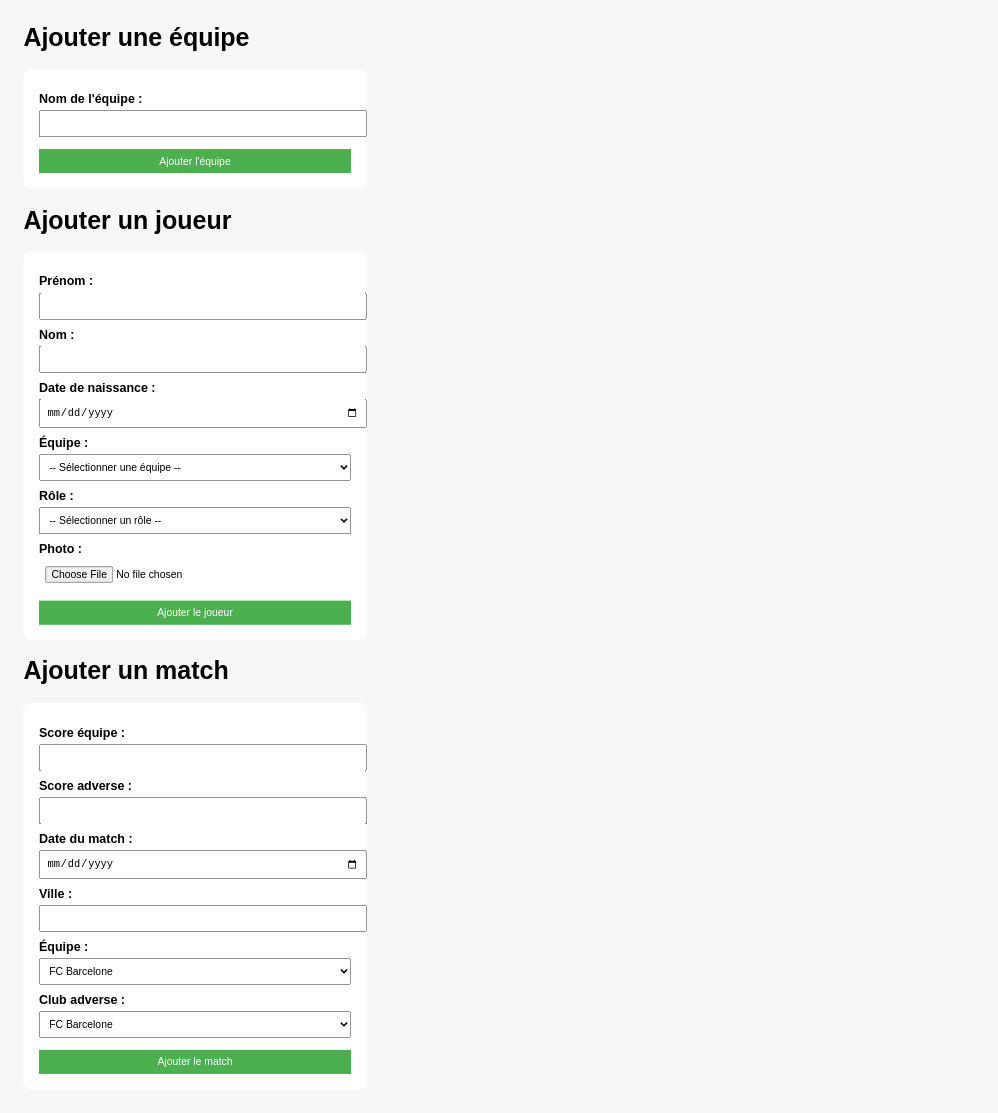
Repository: Valentin-Godard/Foot-2-Club
Page: http://localhost/public/index.php
An editor plug-in stored every save of this project. The page is shown before and after a run of saves, followed by the edit.
The browser window is 1280 px wide. The pictures show the whole page, at 78% of full size.
The page is run by PHP 8.4 with error messages shown; the project is at /var/www/html/. The database holds what the project's SQL file puts in it.

Above is the page before, as saved 2025-10-12 13:29:11.

### public/index.php
<?php
require_once __DIR__ . '/../src/autoload.php';
require_once __DIR__ . '/../includes/database.php';

use App\Model\Joueur;
use App\Model\MatchFoot;
use App\Model\Equipe;
use App\Enum\Role;
use App\Database\JoueurDatabase;
use App\Database\MatchDatabase;
use App\Database\EquipeDatabase;
use App\Database\JoueurEquipeDatabase;

// Instanciation des Database
$joueurDb = new JoueurDatabase($pdo);
$matchDb = new MatchDatabase($pdo);
$equipeDb = new EquipeDatabase($pdo);
$joueurEquipeDb = new JoueurEquipeDatabase($pdo);

// Récupération des équipes pour listes déroulantes
$equipes = $equipeDb->findAll();

$message = "";

// ---------------------- AJOUT D'ÉQUIPE ----------------------
if ($_SERVER["REQUEST_METHOD"] === "POST" && ($_POST['form_type'] ?? '') === 'equipe') {
    $nomEquipe = trim($_POST["nom_equipe"]);
    $villeEquipe = trim($_POST["ville_equipe"]);

    if ($nomEquipe !== "" && $villeEquipe !== "") {
        // On crée l'objet Equipe avec nom + ville
        $equipe = new Equipe(null, $nomEquipe, $villeEquipe);

        // Insertion dans la base
        $equipeDb->insert($equipe);

        $message = "✅ Équipe ajoutée avec succès !";

        // Rafraîchir la liste après insertion
        $equipes = $equipeDb->findAll();
    } else {
        $message = "❌ Veuillez remplir le nom et la ville de l'équipe.";
    }
}


// ---------------------- AJOUT DE JOUEUR ----------------------
if ($_SERVER["REQUEST_METHOD"] === "POST" && ($_POST['form_type'] ?? '') === 'joueur') {
    $prenom = trim($_POST["prenom"]);
    $nom = trim($_POST["nom"]);
    $dateNaissance = new DateTime($_POST["date_naissance"]);
    $equipeId = (int)$_POST["equipe_id"];
    $roleValue = $_POST["role"];

    // Gestion de la photo
    $photoName = "";
    if (!empty($_FILES["photo"]["name"])) {
        $uploadDir = __DIR__ . "/uploads/";
        if (!is_dir($uploadDir)) mkdir($uploadDir, 0777, true);
        $photoName = basename($_FILES["photo"]["name"]);
        move_uploaded_file($_FILES["photo"]["tmp_name"], $uploadDir . $photoName);
    }

    // 1️⃣ Ajouter le joueur
    $joueur = new Joueur(null, $prenom, $nom, $dateNaissance, null, $photoName);
    $joueurDb->insert($joueur);
    $joueurId = $pdo->lastInsertId();

    // 2️⃣ Ajouter la relation joueur ↔ équipe avec rôle
    $joueurEquipeDb->insert($joueurId, $equipeId, $roleValue);

    $message = "✅ Joueur ajouté avec succès dans l'équipe !";
}

// ---------------------- AJOUT DE MATCH ----------------------
if ($_SERVER["REQUEST_METHOD"] === "POST" && ($_POST['form_type'] ?? '') === 'match') {
    $scoreEquipe = trim($_POST["score_equipe"]);
    $scoreEquipeAdv = trim($_POST["score_adverse"]);
    $dateMatch = new DateTime($_POST["date_match"]);
    $ville = trim($_POST["ville"]);
    $equipeId = (int)$_POST["equipe_id"];
    $clubAdvId = (int)$_POST["club_adverse_id"];

    $match = new \App\Model\MatchFoot(
        null,
        $scoreEquipe,
        $scoreEquipeAdv,
        $dateMatch,
        $equipeId,
        $ville,
        $clubAdvId
    );

    $matchDb->insert($match);
    $message = "✅ Match ajouté avec succès !";
}

?>

<!DOCTYPE html>
<html lang="fr">
<head>
    <meta charset="UTF-8">
    <title>Gestion FootDeClub</title>
    <style>
        body { font-family: Arial; margin: 30px; background-color: #f7f7f7; }
        form { background: white; padding: 20px; border-radius: 10px; width: 400px; margin-bottom: 20px; }
        label { font-weight: bold; display: block; margin-top: 10px; }
        input, select, button { width: 100%; padding: 8px; margin-top: 5px; }
        button { background-color: #4CAF50; color: white; border: none; cursor: pointer; margin-top: 15px; }
        button:hover { background-color: #45a049; }
        .message { margin-top: 15px; font-weight: bold; }
    </style>
</head>
<body>

<h1>Ajouter une équipe</h1>
<form method="POST">
    <input type="hidden" name="form_type" value="equipe">
    <label>Nom de l'équipe :</label>
    <input type="text" name="nom_equipe" required>
    <button type="submit">Ajouter l'équipe</button>
</form>

<h1>Ajouter un joueur</h1>
<form method="POST" enctype="multipart/form-data">
    <input type="hidden" name="form_type" value="joueur">
    <label>Prénom :</label>
    <input type="text" name="prenom" required>
    <label>Nom :</label>
    <input type="text" name="nom" required>
    <label>Date de naissance :</label>
    <input type="date" name="date_naissance" required>

    <label>Équipe :</label>
    <select name="equipe_id" required>
        <option value="">-- Sélectionner une équipe --</option>
        <?php foreach ($equipes as $equipe): ?>
            <option value="<?= $equipe->getId() ?>"><?= htmlspecialchars($equipe->getNom()) ?></option>
        <?php endforeach; ?>
    </select>

    <label>Rôle :</label>
    <select name="role" required>
        <option value="">-- Sélectionner un rôle --</option>
        <?php foreach (Role::cases() as $case): ?>
            <option value="<?= $case->value ?>"><?= $case->value ?></option>
        <?php endforeach; ?>
    </select>

    <label>Photo :</label>
    <input type="file" name="photo" accept="image/*" required>
    <button type="submit">Ajouter le joueur</button>
</form>

<h1>Ajouter un match</h1>
<form method="POST">
    <input type="hidden" name="form_type" value="match">
    <label>Score équipe :</label>
    <input type="text" name="score_equipe" required>
    <label>Score adverse :</label>
    <input type="text" name="score_adverse" required>
    <label>Date du match :</label>
    <input type="date" name="date_match" required>
    <label>Ville :</label>
    <input type="text" name="ville" required>

    <label>Équipe :</label>
    <select name="equipe_id" required>
        <?php foreach ($equipes as $equipe): ?>
            <option value="<?= $equipe->getId() ?>"><?= htmlspecialchars($equipe->getNom()) ?></option>
        <?php endforeach; ?>
    </select>

    <label>Club adverse :</label>
    <select name="club_adverse_id" required>
        <?php foreach ($equipes as $equipe): ?>
            <option value="<?= $equipe->getId() ?>"><?= htmlspecialchars($equipe->getNom()) ?></option>
        <?php endforeach; ?>
    </select>

    <button type="submit">Ajouter le match</button>
</form>

<?php if (!empty($message)): ?>
    <p class="message"><?= htmlspecialchars($message) ?></p>
<?php endif; ?>

</body>
</html>

### src/autoload.php
<?php
spl_autoload_register(function($class) {
    $prefix = 'App\\';
    $base_dir = __DIR__ . '/';
    $len = strlen($prefix);

    if (strncmp($prefix, $class, $len) !== 0) {
        return;
    }

    $relative_class = substr($class, $len);
    $file = $base_dir . str_replace('\\', '/', $relative_class) . '.php';

    if (file_exists($file)) {
        require $file;
    }
});

### includes/database.php
<?php
$host = '127.0.0.1';
$db   = 'footclub';
$user = 'root';
$pass = '';
$charset = 'utf8mb4';

$dsn = "mysql:host=$host;dbname=$db;charset=$charset";
$options = [
    PDO::ATTR_ERRMODE => PDO::ERRMODE_EXCEPTION,
    PDO::ATTR_DEFAULT_FETCH_MODE => PDO::FETCH_ASSOC,
];

try {
    $pdo = new PDO($dsn, $user, $pass, $options);
} catch (\PDOException $e) {
    die("Erreur de connexion à la base : " . $e->getMessage());
}

### src/Database/JoueurDatabase.php
<?php
namespace App\Database;

use App\Model\Joueur;
use PDO;
use DateTime;

class JoueurDatabase {
    private PDO $pdo;

    public function __construct(PDO $pdo) {
        $this->pdo = $pdo;
    }

    /**
     * Ajoute un joueur dans la base
     */
    public function insert(Joueur $joueur): void {
        $stmt = $this->pdo->prepare("
            INSERT INTO joueur (nom, prenom, date_de_naissance, photo)
            VALUES (:nom, :prenom, :date_de_naissance, :photo)
        ");

        $stmt->execute([
            ':nom' => $joueur->getNom(),
            ':prenom' => $joueur->getPrenom(),
            ':date_de_naissance' => $joueur->getBirthdate()->format("Y-m-d"),
            ':photo' => $joueur->getImage(),
        ]);
    }

    /**
     * Met à jour un joueur existant
     */
    public function update(Joueur $joueur): void {
        $stmt = $this->pdo->prepare("
            UPDATE joueurs
            SET nom = :nom, prenom = :prenom, date_de_naissance = :date_de_naissance, photo = :photo
            WHERE id = :id
        ");

        $stmt->execute([
            ':id' => $joueur->getId(),
            ':nom' => $joueur->getNom(),
            ':prenom' => $joueur->getPrenom(),
            ':date_de_naissance' => $joueur->getBirthdate()->format("Y-m-d"),
            ':photo' => $joueur->getImage(),
        ]);
    }

    /**
     * Récupère un joueur par son ID
     */
    public function findById(int $id): ?Joueur {
        $stmt = $this->pdo->prepare("SELECT * FROM joueurs WHERE id = ?");
        $stmt->execute([$id]);
        $data = $stmt->fetch(PDO::FETCH_ASSOC);

        if ($data) {
            return new Joueur(
                $data['id'],
                $data['prenom'],
                $data['nom'],
                new DateTime($data['date_de_naissance']),
                $data['photo']
            );
        }

        return null;
    }

    /**
     * Retourne la liste de tous les joueurs
     */
    public function findAll(): array {
        $stmt = $this->pdo->query("SELECT * FROM joueurs");
        $results = [];

        while ($data = $stmt->fetch(PDO::FETCH_ASSOC)) {
            $results[] = new Joueur(
                $data['id'],
                $data['prenom'],
                $data['nom'],
                new DateTime($data['date_de_naissance']),
                $data['photo']
            );
        }

        return $results;
    }

    /**
     * Supprime un joueur
     */
    public function delete(int $id): void {
        $stmt = $this->pdo->prepare("DELETE FROM joueurs WHERE id = ?");
        $stmt->execute([$id]);
    }
}

### src/Database/MatchDatabase.php
<?php
namespace App\Database;

use App\Model\MatchFoot;
use PDO;
use DateTime;

class MatchDatabase {
    private PDO $pdo;

    public function __construct(PDO $pdo) {
        $this->pdo = $pdo;
    }

    public function insert(MatchFoot $match): void {
        $stmt = $this->pdo->prepare("
            INSERT INTO matchs (score_equipe, score_equipe_adv, date, equipe_id, ville, club_adv_id)
            VALUES (?, ?, ?, ?, ?, ?)
        ");
        $stmt->execute([
            $match->getScoreEquipe(),
            $match->getScoreEquipeAdv(),
            $match->getDate()->format("Y-m-d"),
            $match->getEquipeId(),
            $match->getVille(),
            $match->getClubAdvId()
        ]);
    }

    public function findAll(): array {
    $stmt = $this->pdo->query("SELECT * FROM matchs");
    $matchs = [];

    while ($data = $stmt->fetch(PDO::FETCH_ASSOC)) {
        $matchs[] = new MatchFoot(
            $data['id'],
            $data['score_equipe'],
            $data['score_equipe_adv'],
            new DateTime($data['date']),
            $data['equipe_id'],
            $data['ville'],
            $data['club_adv_id']
        );
    }

    return $matchs;
}

}

### src/Database/EquipeDatabase.php
<?php
namespace App\Database;

use App\Model\Equipe;
use PDO;
use Exception;

class EquipeDatabase {
    private PDO $pdo;

    public function __construct(PDO $pdo) {
        $this->pdo = $pdo;
    }

    /**
     * Insère une équipe dans la table 'equipe'
     * et crée automatiquement un enregistrement correspondant dans 'club_adverse'
     * (avec nom + ville)
     */
    public function insert(Equipe $equipe): void {
        try {
            // Démarrer une transaction pour garder la cohérence des deux insertions
            $this->pdo->beginTransaction();

            // 1️⃣ Insertion dans la table 'equipe' (juste le nom)
            $stmtEquipe = $this->pdo->prepare("
                INSERT INTO equipe (nom)
                VALUES (:nom)
            ");
            $stmtEquipe->execute([
                ':nom' => $equipe->getNom(),
            ]);

            $equipe->setId((int)$this->pdo->lastInsertId());

            // 2️⃣ Insertion dans la table 'club_adverse' (nom + ville)
            $stmtClub = $this->pdo->prepare("
                INSERT INTO club_adverse (nom, ville)
                VALUES (:nom, :ville)
            ");
            $stmtClub->execute([
                ':nom' => $equipe->getNom(),
                ':ville' => $equipe->getVille(),
            ]);

            $this->pdo->commit();
        } catch (Exception $e) {
            $this->pdo->rollBack();
            throw $e;
        }
    }

    public function findAll(): array {
        $stmt = $this->pdo->query("SELECT * FROM equipe");
        $equipes = [];

        while ($data = $stmt->fetch(PDO::FETCH_ASSOC)) {
            // Si la table 'equipe' n’a pas de colonne ville, on passe une valeur vide
            $equipes[] = new Equipe($data['id'], $data['nom'], '');
        }

        return $equipes;
    }

    public function findById(int $id): ?Equipe {
        $stmt = $this->pdo->prepare("SELECT * FROM equipe WHERE id = ?");
        $stmt->execute([$id]);
        $data = $stmt->fetch(PDO::FETCH_ASSOC);

        // Même chose ici : pas de colonne ville → on met une chaîne vide
        return $data ? new Equipe($data['id'], $data['nom'], '') : null;
    }

    public function delete(int $id): void {
        $stmt = $this->pdo->prepare("DELETE FROM equipe WHERE id = ?");
        $stmt->execute([$id]);
    }
}

### src/Database/JoueurEquipeDatabase.php
<?php
namespace App\Database;

use PDO;

class JoueurEquipeDatabase {
    private PDO $pdo;

    public function __construct(PDO $pdo) {
        $this->pdo = $pdo;
    }

    public function insert(int $joueurId, int $equipeId, string $role): void {
        $stmt = $this->pdo->prepare("
            INSERT INTO joueur_ayant_equipe (joueur_id, equipe_id, role)
            VALUES (?, ?, ?)
        ");
        $stmt->execute([$joueurId, $equipeId, $role]);
    }
}

### src/Model/Equipe.php
<?php
namespace App\Model;

class Equipe {
    private ?int $id;
    private string $nom;
    private string $ville;

    public function __construct(?int $id, string $nom, string $ville) {
        $this->id = $id;
        $this->nom = $nom;
        $this->ville = $ville;
    }

    public function getId(): ?int { return $this->id; }
    public function setId(int $id): void { $this->id = $id; }

    public function getNom(): string { return $this->nom; }
    public function setNom(string $nom): void { $this->nom = $nom; }

    public function getVille(): string { return $this->ville; }
    public function setVille(string $ville): void { $this->ville = $ville; }
}

### src/enum/role.php
<?php
namespace App\Enum;

enum Role: string {
    case ATTAQUANT = 'Attaquant';
    case DEFENSEUR = 'Défenseur';
    case MILIEU = 'Milieu';
    case GARDIEN = 'Gardien';
}

### footclub.sql (the tables this page reads)
CREATE TABLE `equipe` (
  `id` int(11) NOT NULL,
  `nom` varchar(255) NOT NULL
) ENGINE=InnoDB DEFAULT CHARSET=utf8mb4 COLLATE=utf8mb4_general_ci;

INSERT INTO `equipe` (`id`, `nom`) VALUES
(1, 'FC Barcelone'),
(2, 'Real Madrid CF');

ALTER TABLE `equipe`
  ADD PRIMARY KEY (`id`);

ALTER TABLE `equipe`
  MODIFY `id` int(11) NOT NULL AUTO_INCREMENT, AUTO_INCREMENT=3;

After the next 2 saves:
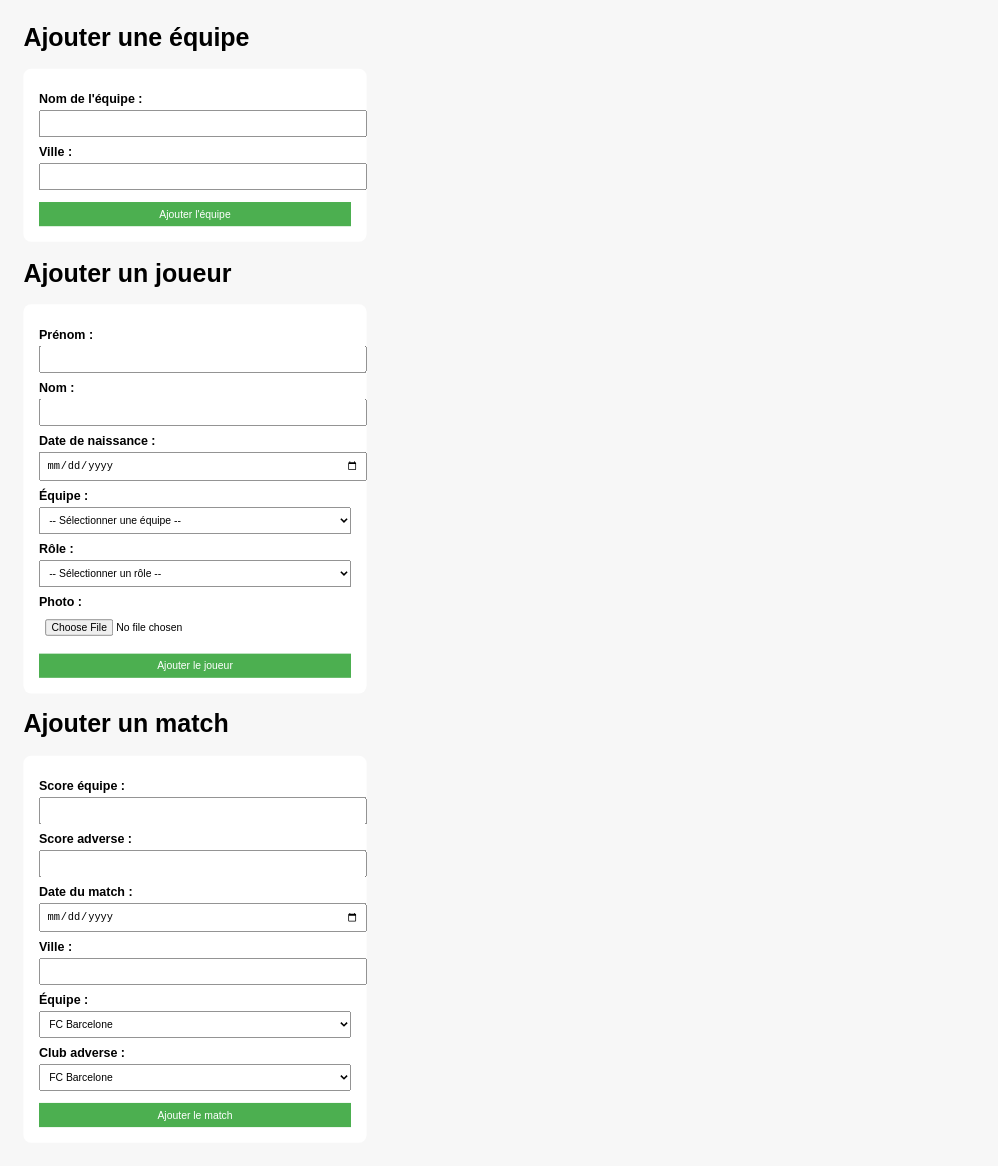
The 2 saves are shown as one change because they came seconds apart.
The last was saved 26 s later.
--- a/public/index.php
+++ b/public/index.php
@@ -117,10 +117,16 @@ if ($_SERVER["REQUEST_METHOD"] === "POST" && ($_POST['form_type'] ?? '') === 'ma
 <h1>Ajouter une équipe</h1>
 <form method="POST">
     <input type="hidden" name="form_type" value="equipe">
+
     <label>Nom de l'équipe :</label>
     <input type="text" name="nom_equipe" required>
+
+    <label>Ville :</label>
+    <input type="text" name="ville_equipe" required>
+
     <button type="submit">Ajouter l'équipe</button>
 </form>
+
 
 <h1>Ajouter un joueur</h1>
 <form method="POST" enctype="multipart/form-data">
